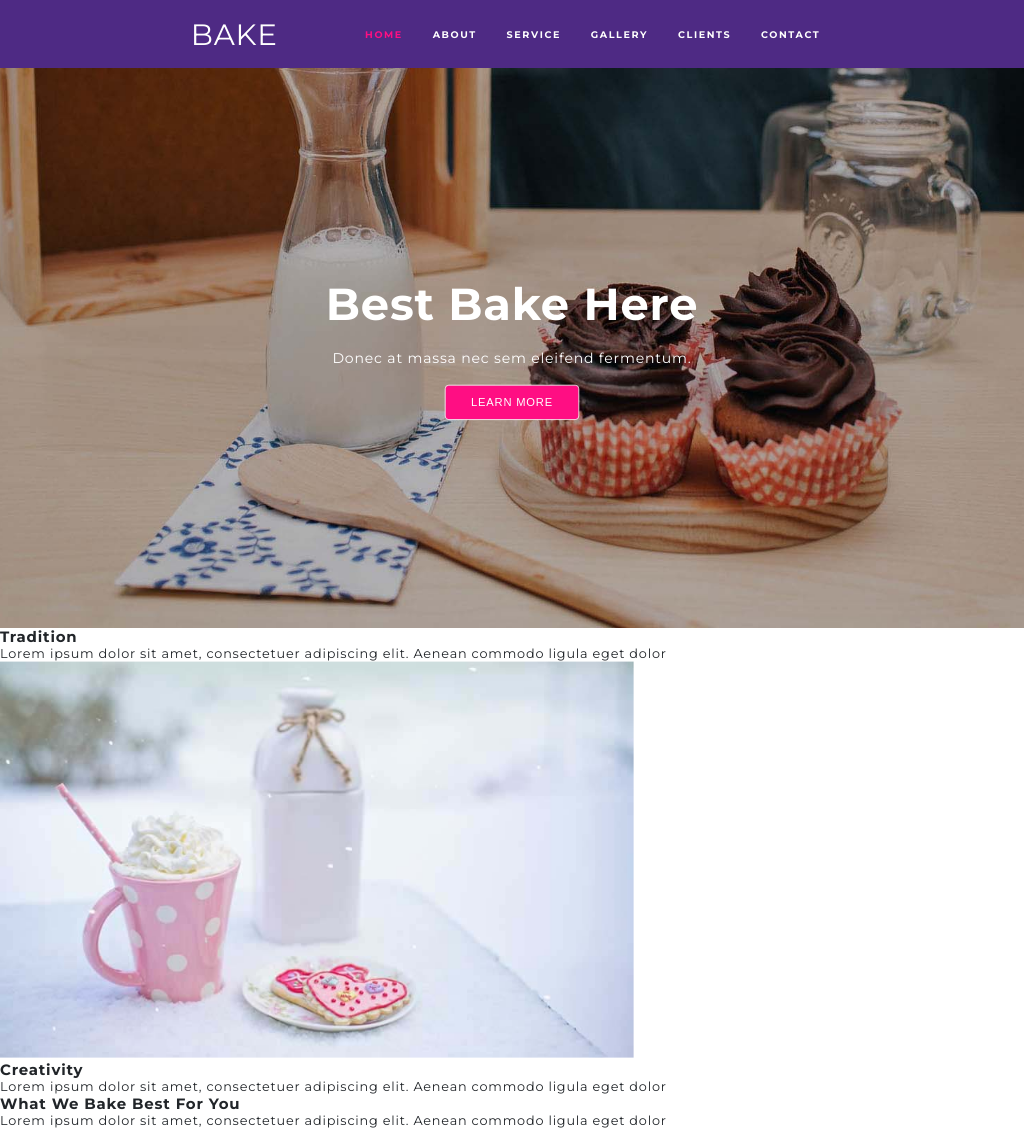
Repository: ducdatit2002/bake-cake
Page: index.html
These files come from the project's save history. The page is drawn as it stood at one moment and after the next save; the edit follows.
The browser window is 1280 px wide. The pictures show the whole page, at 80% of full size.

Above is the page before, as saved 2023-07-13 11:59:46.

### index.html
<!DOCTYPE html>
<html lang="en">
<head>
    <meta charset="UTF-8">
    <meta name="viewport" content="width=device-width, initial-scale=1.0">
    <title>BAKE</title>
    <!-- FONT ICON -->
    <link rel="stylesheet" href="https://cdnjs.cloudflare.com/ajax/libs/font-awesome/6.4.0/css/all.min.css"
        integrity="sha512-iecdLmaskl7CVkqkXNQ/ZH/XLlvWZOJyj7Yy7tcenmpD1ypASozpmT/E0iPtmFIB46ZmdtAc9eNBvH0H/ZpiBw=="
        crossorigin="anonymous" referrerpolicy="no-referrer" />
    <!-- FONT GOOGLE -->
    <link rel="preconnect" href="https://fonts.googleapis.com">
    <link rel="preconnect" href="https://fonts.gstatic.com" crossorigin>
    <link href="https://fonts.googleapis.com/css2?family=Montserrat:wght@300;400;700&display=swap" rel="stylesheet">
    <!-- MAIN CSS -->
    <link rel="stylesheet" href="./index.css">

</head>
<body>
    <!-- HEADER -->
    <header>
        <div class="header__content">
            <p>BAKE</p>
            <nav>
                <ul>
                    <li class="active"><a href="#">HOME</a></li>
                    <li><a href="#">ABOUT</a></li>
                    <li><a href="#">SERVICE</a></li>
                    <li><a href="#">GALLERY</a></li>
                    <li><a href="#">CLIENTS</a></li>
                    <li><a href="#">CONTACT</a></li>
                </ul>
            </nav>
        </div>
    </header>
    <!-- CAROUSEL -->
    <section class="carousel">
        <div class="carousel__content">
            <h1>Best Bake Here</h1>
            <p>Donec at massa nec sem eleifend fermentum.</p>
            <button>LEARN MORE</button>
        </div>
    </section>
    <!-- INTRO -->
    <section class="intro">
        <div class="intro__item">
            <div>
                <h3>Tradition</h3>
                <p>Lorem ipsum dolor sit amet, consectetuer adipiscing elit. Aenean commodo ligula eget dolor</p>
            </div>
        </div>
        <div class="intro__item">
            <img src="./img/ab1.jpg" alt="intro 1">
        </div>
        <div class="intro__item">
            <div>
                <h3>Creativity</h3>
                <p>Lorem ipsum dolor sit amet, consectetuer adipiscing elit. Aenean commodo ligula eget dolor</p>
            </div>
        </div>
        <div class="intro__item">
            <div>
                <h3>What We Bake Best For You</h3>
                <p>Lorem ipsum dolor sit amet, consectetuer adipiscing elit. Aenean commodo ligula eget dolor</p>
            </div>
        </div>
    </section>
    <!-- NUMBER -->
    <section class="number"></section>
    <!-- SERVICES -->
    <section class="services"></section>
    <!-- GALLERY -->
    <section class="gallery"></section>
    <!-- TEAM MEMBER -->
    <section class="team"></section>
    <!-- FEEDBACK -->
    <section class="feedback"></section>
    <!-- CONTACT -->
    <section class="contact"></section>
    <!-- FOOTER -->
    <footer></footer>
</body>
</html>

### index.css
/* GLOBAL */
*{
    margin: 0;
    padding: 0;
    box-sizing: border-box;
}
html{
    font-size: 16px;
    /* 1 rem = 18px */
    /* Không khai báo thì 1 rem là 16px */

}
body {
    font-family: 'Montserrat', sans-serif;
    color: #212529;
    background-color: #fff;
    letter-spacing: 1px;
}
button {
    background-color: #ff0e83;
    border: 1px solid white;
    color: white;
    padding: 13px 32px;
    font-size: 0.875rem;
    border-radius: 5px;
    cursor: pointer;
    letter-spacing: 1px;
    transition: all 0.5s;
}
button:hover {
    background-color: white;
    color: black;
    border-color: #ff0e83;

}
/* HEADER */
header {
    background-color: #4e2a84;
    padding: 20px 0;
}
.header__content {
    width: 70%;
    margin: 0 auto;
    display: flex;
    justify-content: space-around;
    align-items: center;
}
.header__content ul {
    list-style: none;
}
.header__content ul a {
    text-decoration: none;
    color: white;
    font-weight: 700;
    font-size: 0.75rem;
    letter-spacing: 2px;
    /* transition-property: all;
    transition-duration: 1s;
    transition-delay: 0s;
    transition-timing-function: linear; */
    transition: all 1s;
}
.header__content ul a:hover {
    color: #ff0e83;
}
.header__content ul li {
    display: inline;
    margin: 0 1rem;
}
.header__content p {
    color: white;
    font-size: 2.3rem;
    /* 2.3 rem ~ 37px */
}
.header__content ul .active a {
    color: #ff0e83;
}

/* CAROUSEL */
.carousel{
    background-image: url(./img/b3.jpg);
    height: 700px;
    background-size: cover;
    background-position: center;
    color: white;
    text-align: center;
    display: flex;
    justify-content: center;
    align-items: center;
}
.carousel__content h1 {
    font-size: 3.5rem;
}
.carousel__content p {
    font-size: 1.1rem;
    padding: 23px 0;
}

After the next save:
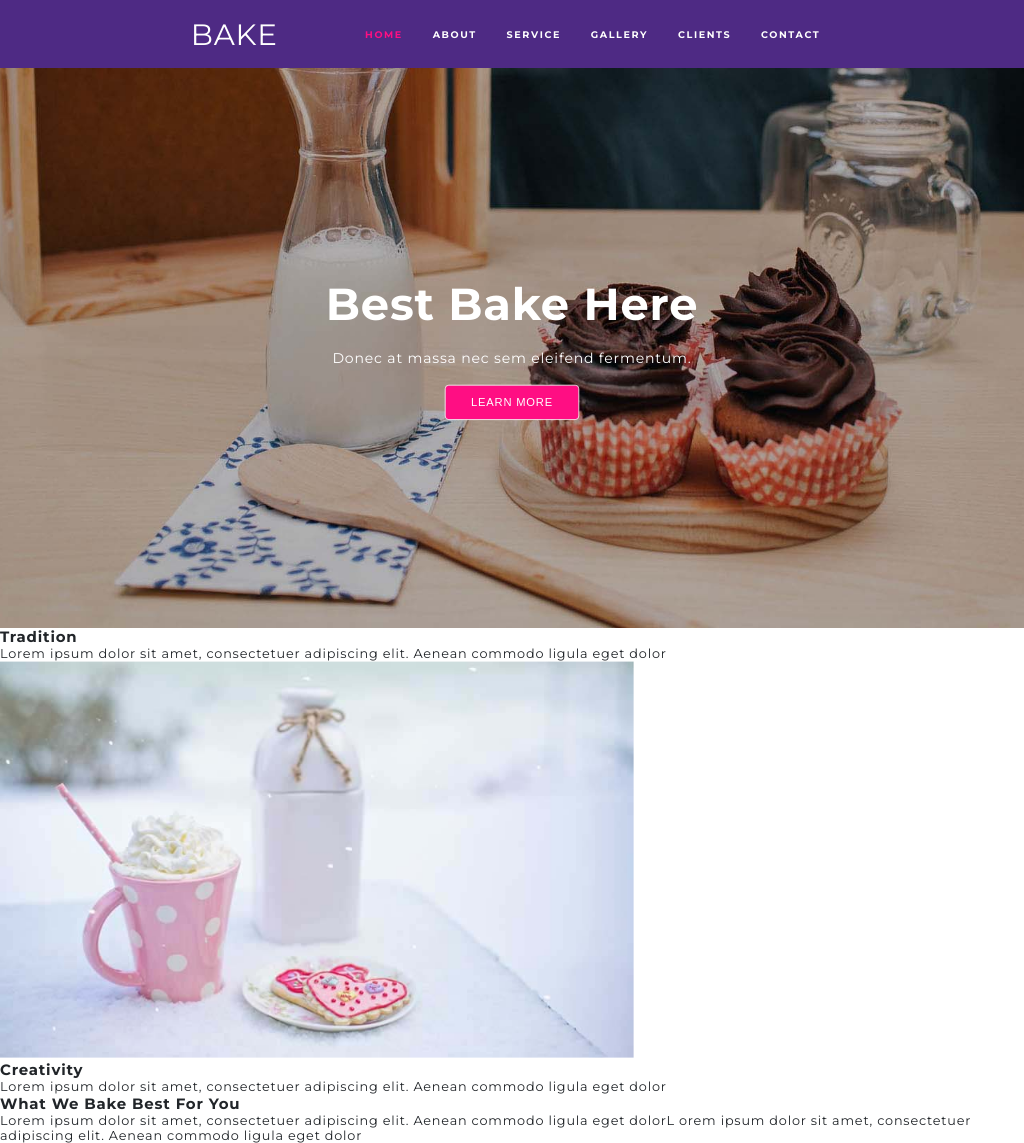
Saved 7 s later.
--- a/index.html
+++ b/index.html
@@ -61,7 +61,8 @@
         <div class="intro__item">
             <div>
                 <h3>What We Bake Best For You</h3>
-                <p>Lorem ipsum dolor sit amet, consectetuer adipiscing elit. Aenean commodo ligula eget dolor</p>
+                <p>Lorem ipsum dolor sit amet, consectetuer adipiscing elit. Aenean commodo ligula eget dolorL orem ipsum dolor sit amet,
+                consectetuer adipiscing elit. Aenean commodo ligula eget dolor</p>
             </div>
         </div>
     </section>
